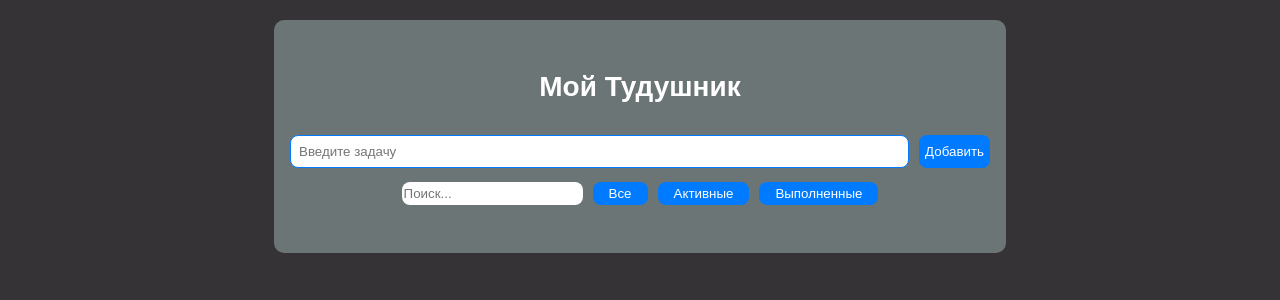
Repository: AlekCawka/-todo-project
Page: /
The author's editor kept a copy of each file at every save. The page is drawn from the files as they stood at one save, then again after a run of saves.
The browser window is 1280 px wide. The pictures show the whole page.
The project was rebuilt for these pictures with package versions that can differ from the ones it lists, and the page was loaded fresh each time. Also part of the build but not shown: vite.config.js.

Above is the page before, as saved 2025-08-11 10:09:30.

After the next 2 saves:
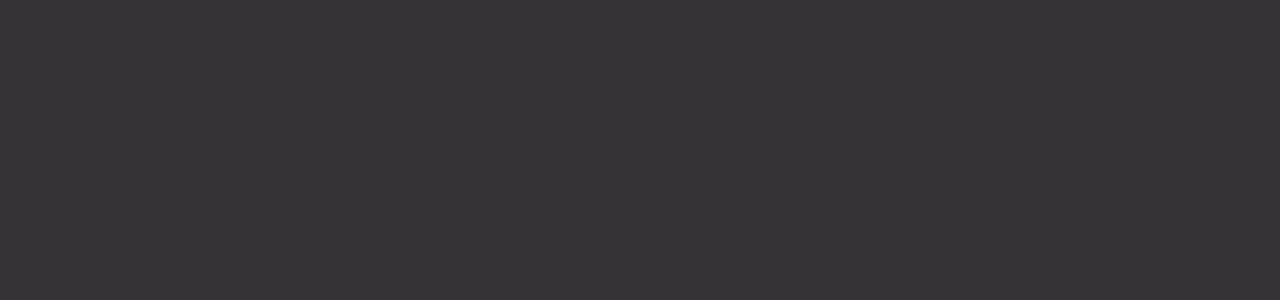
Console error (its wording comes from the project's code and is left out).
The 2 saves are shown as one change because 1 did not build or start.
The last was saved 30 h 39 min later.
--- a/src/hooks/useTodos.js
+++ b/src/hooks/useTodos.js
@@ -2,6 +2,7 @@
 import { Trash2, Edit, Clock, Calendar, CheckSquare, Square } from 'lucide-react';
 
 const generateId = () => crypto?.randomUUID?.() || `${Date.now()}-${Math.random()}`;
+
 
 export const useTodos = () => {
     const [todos, setTodos] = useState([]);
@@ -13,10 +14,10 @@
         if (stored) {
             setTodos(JSON.parse(stored));
         }
-    }, []);
+    })
 
     useEffect(() => {
-        localStorage.setItem('todos', JSON.stringify(todos));
+        localStorage.setItem(JSON.stringify(todos));
     }, [todos]);
 
     const addTodo = (text, deadline = null) => {
@@ -24,33 +25,60 @@
 
         if (!trimmed) return;
 
-        const isDuplicate = todos.some(todo => normalize(todo.text) === normalize(text));
+        const isDuplicate = todos.some(item => normalize(item.value) === normalize(text));
 
-        if (isDuplicate) {
-            return;
-        }
+        if (isDuplicate) return;
 
         const newTodo = {
             id: generateId(),
-            text: trimmed,
+            text: text.trim(),
             completed: false,
-            createdAt: new Date().toISOString(),
+            createdAt: new Date().toString(),
             deadline: deadline || null,
         };
-        setTodos(prevTodos => [newTodo, ...prevTodos]);
-    };
+        setTodos(prev => [...prev, newTodo]);
+    }
 
     const deleteTodo = (id) => {
-        setTodos(prev => prev.filter(todo => todo.id !== id));
-    };
+        setTodos(prev => prev.filter(item => item.id !== id));
+    }
 
-    const updateTodo = (id, updates) => {
-        setTodos(prev =>
-            prev.map(todo =>
-                todo.id === id ?
-                    { ...todo, ...updates } : todo
-            )
-        );
+    const updateTodo = (id) => {
+        const currentItem = todos.find(item => item.id === id);
+        if (!currentItem) return;
+
+        let newNormalizedItem = '';
+
+        while (true) {
+            const userInput = prompt('Введите новое значение: ', currentItem.value);
+            if (userInput === null) return;
+
+            if (!normalize(userInput)) {
+                alert('Введите не пустое значение');
+                continue;
+            }
+
+            const candidate = normalize(userInput);
+
+            const isDuplicate = todos.some(item =>
+                normalize(item.value) === candidate && item.id !== id
+            );
+
+            if (isDuplicate) {
+                alert('Такой элемент уже существует');
+                continue;
+            }
+
+            newNormalizedItem = userInput.trim();
+            break;
+        }
+
+        setTodos(prevItems => {
+            const updatedList = prevItems.map(item =>
+                item.id === id ? { ...item, value: newNormalizedItem } : item
+            );
+            return updatedList.sort((a, b) => a.value.localeCompare(b.value));
+        });
     };
 
     const toggleCompleted = (id) => {
@@ -69,4 +97,74 @@
         updateTodo,
         toggleCompleted,
     };
-};
+}
+
+// const generateId = () => crypto?.randomUUID?.() || `${Date.now()}-${Math.random()}`;
+
+// export const useTodos = () => {
+//     const [todos, setTodos] = useState([]);
+
+//     const normalize = (text) => text.trim().toLowerCase();
+
+//     useEffect(() => {
+//         const stored = localStorage.getItem('todos');
+//         if (stored) {
+//             setTodos(JSON.parse(stored));
+//         }
+//     }, []);
+
+//     useEffect(() => {
+//         localStorage.setItem('todos', JSON.stringify(todos));
+//     }, [todos]);
+
+//     const addTodo = (text, deadline = null) => {
+//         const trimmed = text.trim();
+
+//         if (!trimmed) return;
+
+//         const isDuplicate = todos.some(todo => normalize(todo.text) === normalize(text));
+
+//         if (isDuplicate) {
+//             return;
+//         }
+
+//         const newTodo = {
+//             id: generateId(),
+//             text: trimmed,
+//             completed: false,
+//             createdAt: new Date().toISOString(),
+//             deadline: deadline || null,
+//         };
+//         setTodos(prevTodos => [newTodo, ...prevTodos]);
+//     };
+
+//     const deleteTodo = (id) => {
+//         setTodos(prev => prev.filter(todo => todo.id !== id));
+//     };
+
+//     const updateTodo = (id, updates) => {
+//         setTodos(prev =>
+//             prev.map(todo =>
+//                 todo.id === id ?
+//                     { ...todo, ...updates } : todo
+//             )
+//         );
+//     };
+
+//     const toggleCompleted = (id) => {
+//         setTodos(prev =>
+//             prev.map(todo =>
+//                 todo.id === id ?
+//                     { ...todo, completed: !todo.completed } : todo
+//             )
+//         )
+//     }
+
+//     return {
+//         todos,
+//         addTodo,
+//         deleteTodo,
+//         updateTodo,
+//         toggleCompleted,
+//     };
+// };

After the save that followed:
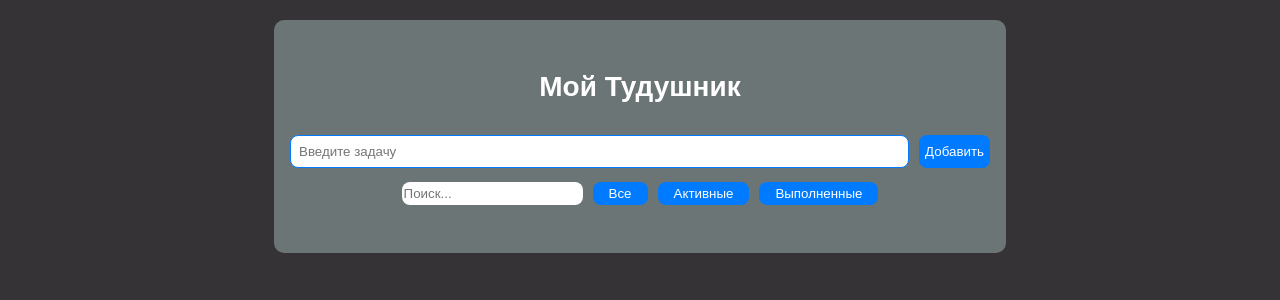
The error is gone.
Saved 40 s later.
--- a/src/hooks/useTodos.js
+++ b/src/hooks/useTodos.js
@@ -2,7 +2,6 @@
 import { Trash2, Edit, Clock, Calendar, CheckSquare, Square } from 'lucide-react';
 
 const generateId = () => crypto?.randomUUID?.() || `${Date.now()}-${Math.random()}`;
-
 
 export const useTodos = () => {
     const [todos, setTodos] = useState([]);
@@ -14,10 +13,10 @@
         if (stored) {
             setTodos(JSON.parse(stored));
         }
-    })
+    }, []);
 
     useEffect(() => {
-        localStorage.setItem(JSON.stringify(todos));
+        localStorage.setItem('todos', JSON.stringify(todos));
     }, [todos]);
 
     const addTodo = (text, deadline = null) => {
@@ -25,60 +24,33 @@
 
         if (!trimmed) return;
 
-        const isDuplicate = todos.some(item => normalize(item.value) === normalize(text));
+        const isDuplicate = todos.some(todo => normalize(todo.text) === normalize(text));
 
-        if (isDuplicate) return;
+        if (isDuplicate) {
+            return;
+        }
 
         const newTodo = {
             id: generateId(),
-            text: text.trim(),
+            text: trimmed,
             completed: false,
-            createdAt: new Date().toString(),
+            createdAt: new Date().toISOString(),
             deadline: deadline || null,
         };
-        setTodos(prev => [...prev, newTodo]);
-    }
+        setTodos(prevTodos => [newTodo, ...prevTodos]);
+    };
 
     const deleteTodo = (id) => {
-        setTodos(prev => prev.filter(item => item.id !== id));
-    }
+        setTodos(prev => prev.filter(todo => todo.id !== id));
+    };
 
-    const updateTodo = (id) => {
-        const currentItem = todos.find(item => item.id === id);
-        if (!currentItem) return;
-
-        let newNormalizedItem = '';
-
-        while (true) {
-            const userInput = prompt('Введите новое значение: ', currentItem.value);
-            if (userInput === null) return;
-
-            if (!normalize(userInput)) {
-                alert('Введите не пустое значение');
-                continue;
-            }
-
-            const candidate = normalize(userInput);
-
-            const isDuplicate = todos.some(item =>
-                normalize(item.value) === candidate && item.id !== id
-            );
-
-            if (isDuplicate) {
-                alert('Такой элемент уже существует');
-                continue;
-            }
-
-            newNormalizedItem = userInput.trim();
-            break;
-        }
-
-        setTodos(prevItems => {
-            const updatedList = prevItems.map(item =>
-                item.id === id ? { ...item, value: newNormalizedItem } : item
-            );
-            return updatedList.sort((a, b) => a.value.localeCompare(b.value));
-        });
+    const updateTodo = (id, updates) => {
+        setTodos(prev =>
+            prev.map(todo =>
+                todo.id === id ?
+                    { ...todo, ...updates } : todo
+            )
+        );
     };
 
     const toggleCompleted = (id) => {
@@ -97,74 +69,4 @@
         updateTodo,
         toggleCompleted,
     };
-}
-
-// const generateId = () => crypto?.randomUUID?.() || `${Date.now()}-${Math.random()}`;
-
-// export const useTodos = () => {
-//     const [todos, setTodos] = useState([]);
-
-//     const normalize = (text) => text.trim().toLowerCase();
-
-//     useEffect(() => {
-//         const stored = localStorage.getItem('todos');
-//         if (stored) {
-//             setTodos(JSON.parse(stored));
-//         }
-//     }, []);
-
-//     useEffect(() => {
-//         localStorage.setItem('todos', JSON.stringify(todos));
-//     }, [todos]);
-
-//     const addTodo = (text, deadline = null) => {
-//         const trimmed = text.trim();
-
-//         if (!trimmed) return;
-
-//         const isDuplicate = todos.some(todo => normalize(todo.text) === normalize(text));
-
-//         if (isDuplicate) {
-//             return;
-//         }
-
-//         const newTodo = {
-//             id: generateId(),
-//             text: trimmed,
-//             completed: false,
-//             createdAt: new Date().toISOString(),
-//             deadline: deadline || null,
-//         };
-//         setTodos(prevTodos => [newTodo, ...prevTodos]);
-//     };
-
-//     const deleteTodo = (id) => {
-//         setTodos(prev => prev.filter(todo => todo.id !== id));
-//     };
-
-//     const updateTodo = (id, updates) => {
-//         setTodos(prev =>
-//             prev.map(todo =>
-//                 todo.id === id ?
-//                     { ...todo, ...updates } : todo
-//             )
-//         );
-//     };
-
-//     const toggleCompleted = (id) => {
-//         setTodos(prev =>
-//             prev.map(todo =>
-//                 todo.id === id ?
-//                     { ...todo, completed: !todo.completed } : todo
-//             )
-//         )
-//     }
-
-//     return {
-//         todos,
-//         addTodo,
-//         deleteTodo,
-//         updateTodo,
-//         toggleCompleted,
-//     };
-// };
+};
